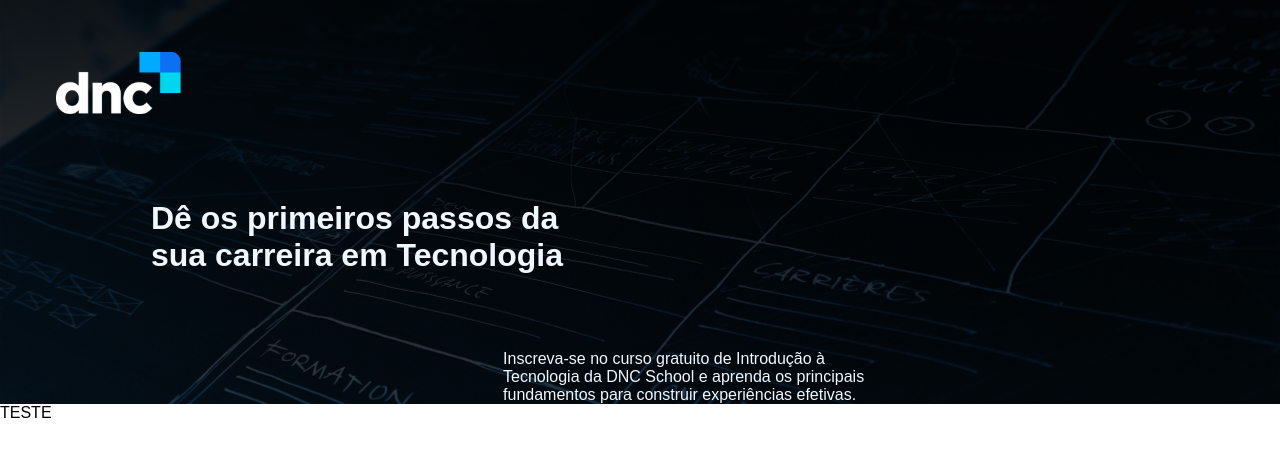
Repository: kleber-goncalves/Landing-Page-dnc
Page: src/index.html
The author's editor kept a copy of each file at every save. The page is drawn from the files as they stood at one save, then again after the next save.
The browser window is 1280 px wide. The pictures show the whole page.

Above is the page before, as saved 2024-12-09 19:48:36.

After the next save:
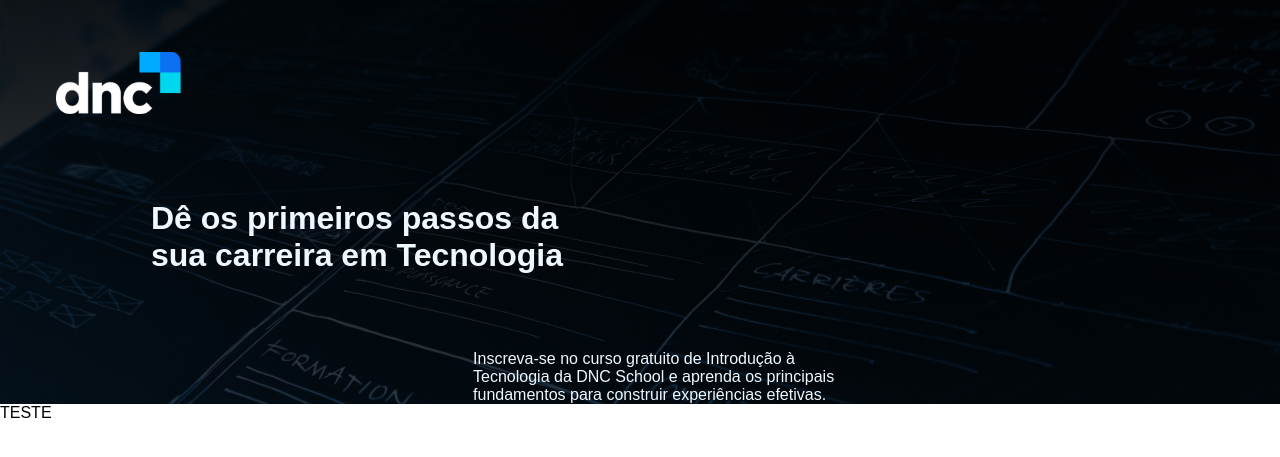
Saved 4 s later.
--- a/src/style.css
+++ b/src/style.css
@@ -29,6 +29,6 @@
 
 #subtitulo {
   display: flex;
-  margin-left: -60px;
+  margin-left: -90px;
   margin-top: 350px;
 }
